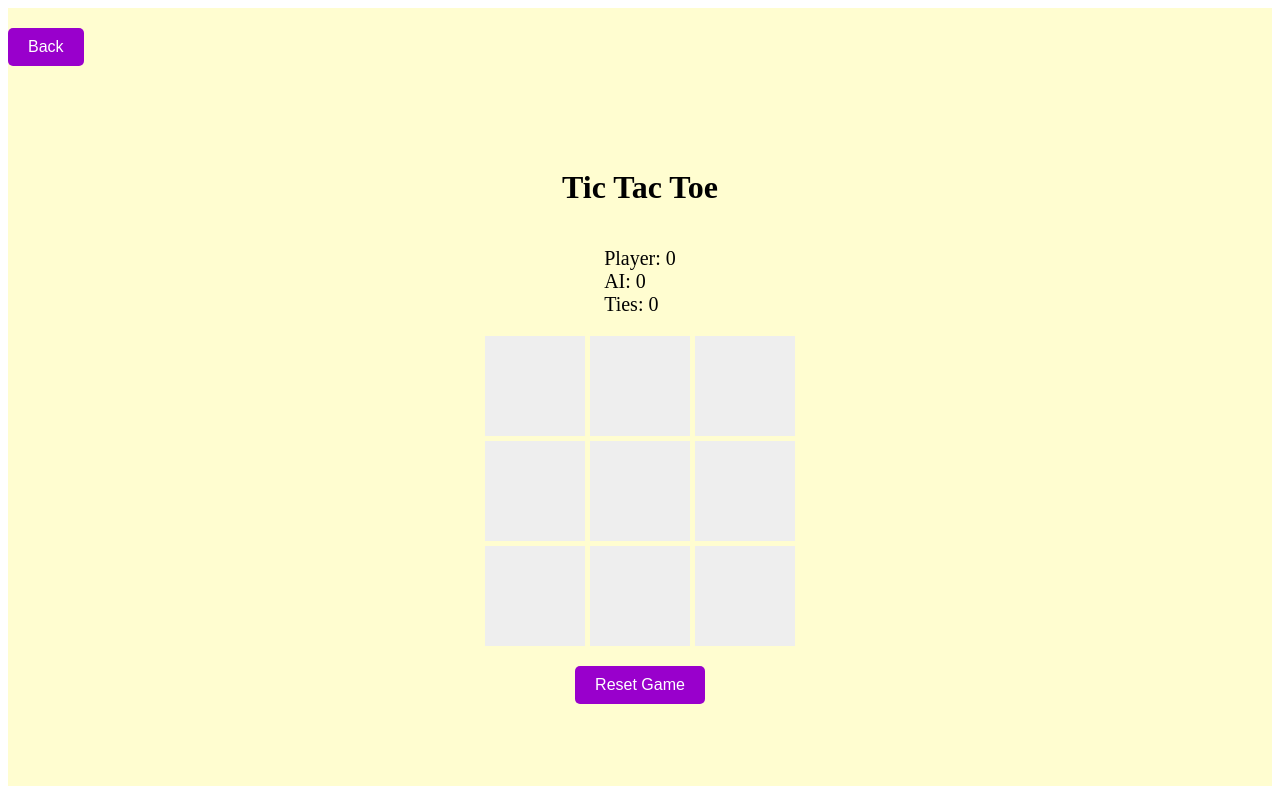
Repository: sidv121415/tic-tac-toe
Page: game.html
An editor plug-in stored every save of this project. The page is shown before and after the next save, followed by the edit.
The browser window is 1280 px wide. The pictures show the whole page.

Above is the page before, as saved 2024-10-21 22:25:54.

### game.html
<!DOCTYPE html>
<html lang="en">
<head>
    <meta charset="UTF-8">
    <meta name="viewport" content="width=device-width, initial-scale=1.0">
    <title>Tic Tac Toe Game</title>
    <style>
        .main-div {
            display: flex;
            flex-direction: column;
            align-items: center;
            justify-content: center;
            height: 100vh;
            background-color: #FFFDD0;
        }
        .board {
            display: grid;
            grid-template-columns: repeat(3, 100px);
            gap: 5px;
        }
        .cell {
            width: 100px;
            height: 100px;
            background-color: #eee;
            font-size: 24px;
            display: flex;
            align-items: center;
            justify-content: center;
            cursor: pointer;
        }
        .score-board {
            margin: 20px;
        }
        .score {
            font-size: 20px;
        }
        .reset-button {
            margin-top: 20px;
            padding: 10px 20px;
            font-size: 16px;
            background-color: #9900CC;
            color: white;
            border: none;
            border-radius: 5px;
            cursor: pointer;
        }
        .reset-button:hover {
            background-color: #8800BB;
        }
        .mj{
            text-align:left;
            background-color: #FFFDD0;
        }
    </style>
</head>
<body>
    <div class="mj">
        <div>
            <button class="reset-button" onclick="goBack()">Back</button>
        </div>
    </div>
    <div class="main-div">
        <h1>Tic Tac Toe</h1>
        <div class="score-board">
            <div class="score">Player: <span id="player-score">0</span></div>
            <div class="score">AI: <span id="ai-score">0</span></div>
            <div class="score">Ties: <span id="tie-score">0</span></div>
        </div>
        <div class="board" id="board">
            <div class="cell" onclick="makeMove(0)"></div>
            <div class="cell" onclick="makeMove(1)"></div>
            <div class="cell" onclick="makeMove(2)"></div>
            <div class="cell" onclick="makeMove(3)"></div>
            <div class="cell" onclick="makeMove(4)"></div>
            <div class="cell" onclick="makeMove(5)"></div>
            <div class="cell" onclick="makeMove(6)"></div>
            <div class="cell" onclick="makeMove(7)"></div>
            <div class="cell" onclick="makeMove(8)"></div>
        </div>
        <button class="reset-button" onclick="resetGame()">Reset Game</button>
    </div>
    <script src="game.js"></script>
</body>
</html>

### game.js
let playerScore = 0;
let aiScore = 0;
let tieScore = 0;
const cells = document.querySelectorAll('.cell');

function makeMove(index) {
    if (cells[index].textContent === '') {
        cells[index].textContent = 'X'; // Player's move
        if (checkWin('X')) {
            alert('Player wins!');
            playerScore++;
            updateScores();
            return;
        }
        if (checkTie()) {
            alert('It\'s a tie!');
            tieScore++;
            updateScores();
            return;
        }
        aiMove(); // AI makes a move
    }
}

function aiMove() {
    let availableCells = Array.from(cells).filter(cell => cell.textContent === '');
    if (availableCells.length > 0) {
        const randomCell = availableCells[Math.floor(Math.random() * availableCells.length)];
        randomCell.textContent = 'O'; // AI's move
        if (checkWin('O')) {
            alert('AI wins!');
            aiScore++;
            updateScores();
        } else if (checkTie()) {
            alert('It\'s a tie!');
            tieScore++;
            updateScores();
        }
    }
}

function checkWin(player) {
    const winningCombinations = [
        [0, 1, 2],
        [3, 4, 5],
        [6, 7, 8],
        [0, 3, 6],
        [1, 4, 7],
        [2, 5, 8],
        [0, 4, 8],
        [2, 4, 6]
    ];
    return winningCombinations.some(combination =>
        combination.every(index => cells[index].textContent === player)
    );
}

function checkTie() {
    return Array.from(cells).every(cell => cell.textContent !== '');
}

function updateScores() {
    document.getElementById('player-score').textContent = playerScore;
    document.getElementById('ai-score').textContent = aiScore;
    document.getElementById('tie-score').textContent = tieScore;
}

function resetGame() {
    cells.forEach(cell => cell.textContent = '');
}
function goBack() {
    window.location.href = "mode-selection.html"; // Replace with the actual name of your mode selection HTML file
}

After the next save:
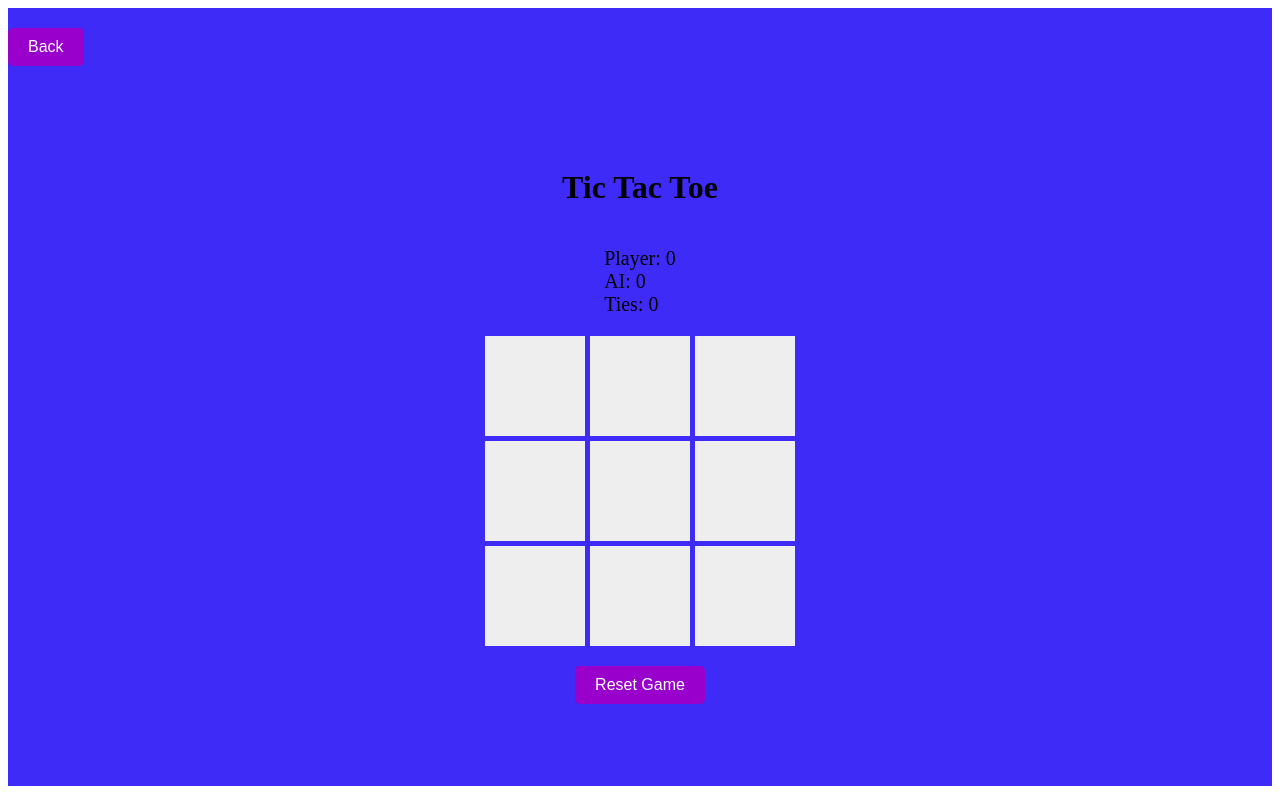
Saved 40 s later.
--- a/game.html
+++ b/game.html
@@ -11,7 +11,7 @@
             align-items: center;
             justify-content: center;
             height: 100vh;
-            background-color: #FFFDD0;
+            background-color: #3f2bf7;
         }
         .board {
             display: grid;
@@ -49,7 +49,7 @@
         }
         .mj{
             text-align:left;
-            background-color: #FFFDD0;
+            background-color: #3f2bf7;
         }
     </style>
 </head>

After the save that followed:
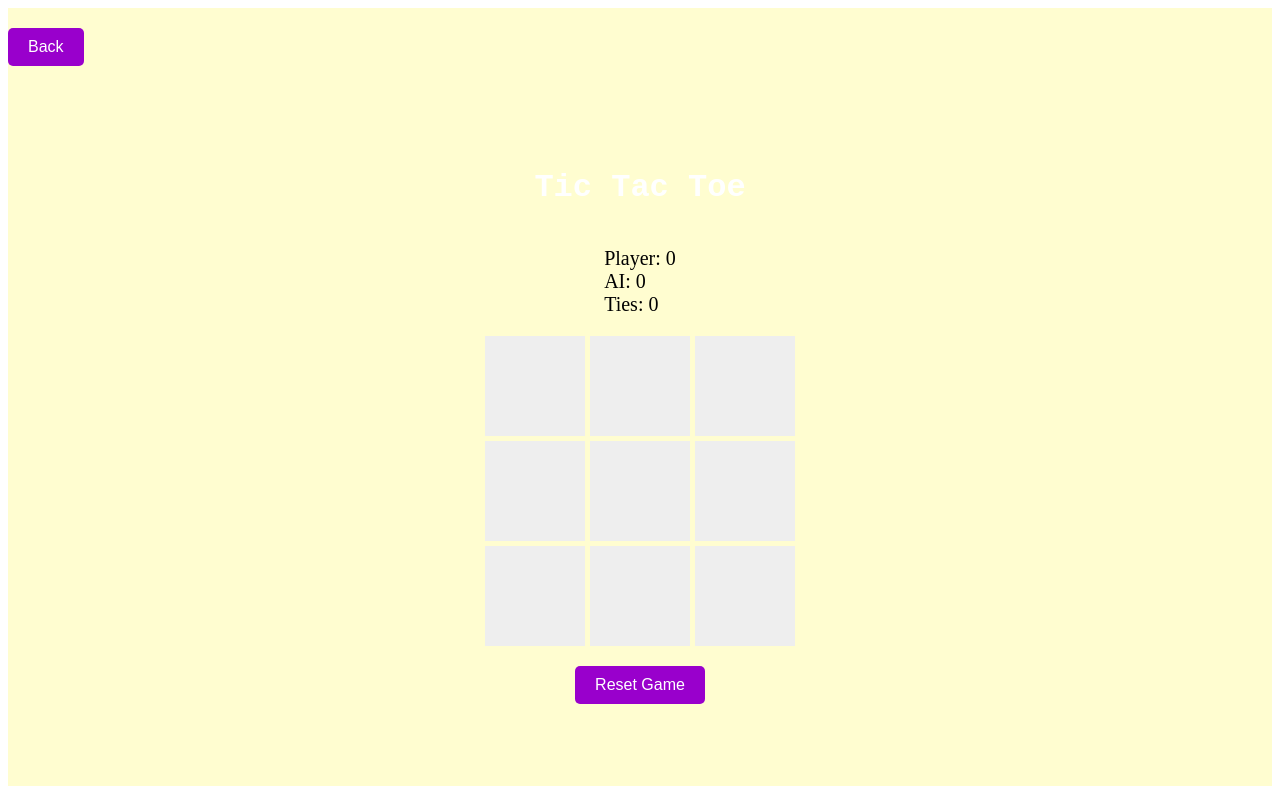
Saved 53 s later.
--- a/game.html
+++ b/game.html
@@ -11,7 +11,12 @@
             align-items: center;
             justify-content: center;
             height: 100vh;
-            background-color: #3f2bf7;
+            background-color: #FFFDD0;
+        }
+        h1{
+            font-family: Courier New;
+            font-weight: bold;
+            color: white;
         }
         .board {
             display: grid;
@@ -49,7 +54,7 @@
         }
         .mj{
             text-align:left;
-            background-color: #3f2bf7;
+            background-color: #FFFDD0;
         }
     </style>
 </head>
@@ -60,7 +65,7 @@
         </div>
     </div>
     <div class="main-div">
-        <h1>Tic Tac Toe</h1>
+        <h1 class="">Tic Tac Toe</h1>
         <div class="score-board">
             <div class="score">Player: <span id="player-score">0</span></div>
             <div class="score">AI: <span id="ai-score">0</span></div>
